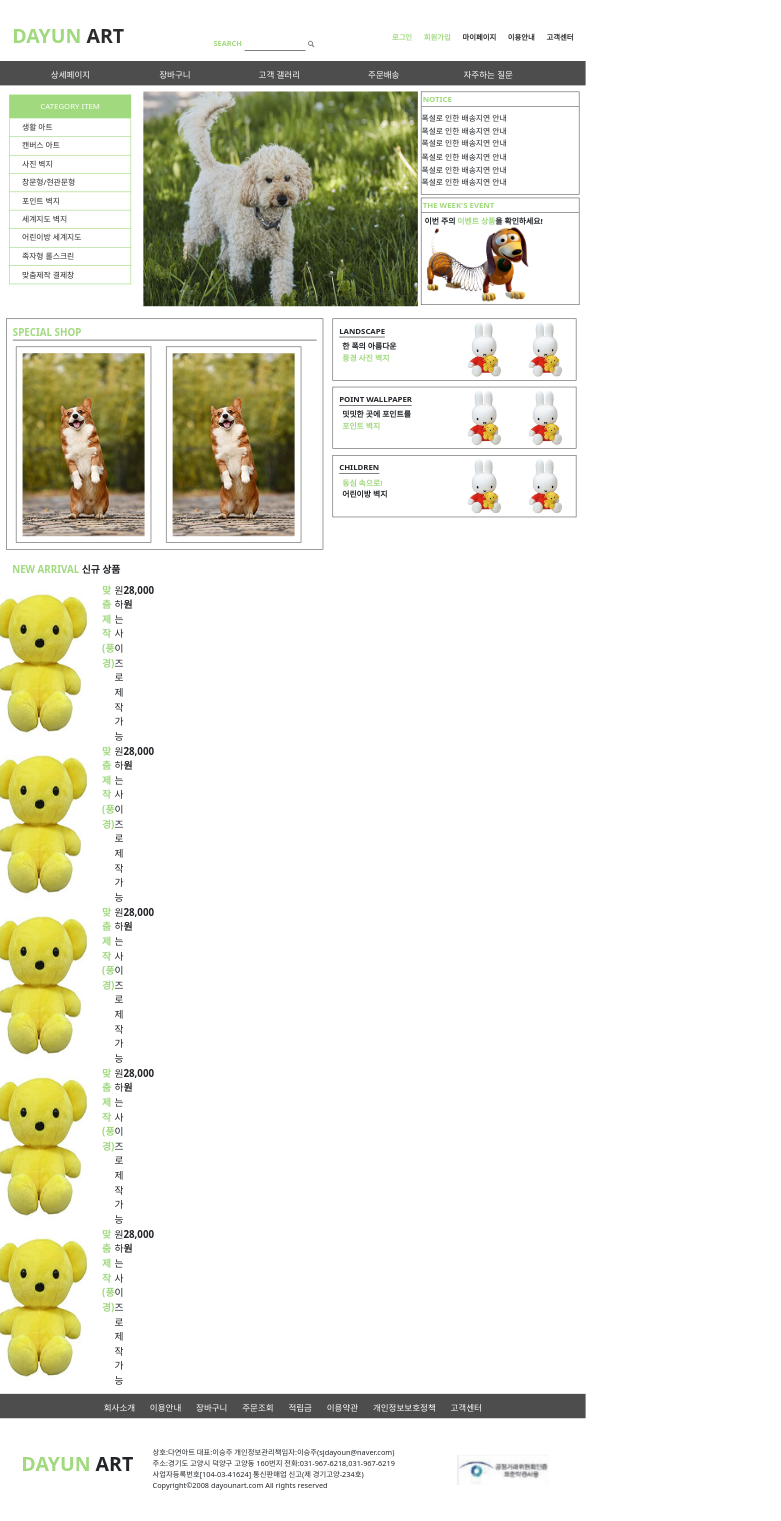
Repository: yeonddu/green_js
Page: pro01/public/bootstrap/hp.html
An editor plug-in stored every save of this project. The page is shown before and after the next save, followed by the edit.
The browser window is 1280 px wide. The pictures show the whole page, at 61% of full size.

Above is the page before, as saved 2022-12-28 08:35:10.

### pro01/public/bootstrap/hp.html
<!DOCTYPE html>
<html lang="ko">
<head>
<meta charset="utf-8">
<meta name="viewport" content="width=device-width, initial-scale=1">
<link rel="stylesheet" href="dayun.css">
<link rel="stylesheet" href="hp.css">
<link href="https://cdn.jsdelivr.net/npm/bootstrap@5.2.3/dist/css/bootstrap.min.css" rel="stylesheet">

<title>Insert title here</title>

</head>
<body>
 <header>
	 <div id="top">
	 	 	<div class="logo"><a href="hp.html"><span class="brand">DAYUN</span> ART</a></div>
			<div id="search">
				<div id="search-title">SEARCH</div>
				<input id="search-input" type="search">
				<a href="#"><img src="images/glass.png"></a>
			</div>
			<div id="top-menu">
				<ul>
					<li><a class="brand" href="#">로그인</a></li>
					<li><a class="brand" href="#">회원가입</a></li>
					<li><a href="#">마이페이지</a></li>
					<li><a href="#">이용안내</a></li>
					<li><a href="#">고객센터</a></li>
				</ul>
			</div>
		 </div>
	 <div id="main-menu">
	 	<ul>
	 		<li><a href="product.html">상세페이지</a></li>
	 		<li><a href="cart.html">장바구니</a></li>
	 		<li><a href="#">고객 갤러리</a></li>
	 		<li><a href="#">주문배송</a></li>
	 		<li><a href="#">자주하는 질문</a></li>
	 	</ul>
	 </div>
</header>
<section>
	<div id="box1">
	<div id="cont-left">
		<div id="cate">
			<div id="cate-title">CATEGORY ITEM</div>
			<ul>
			<li><a href="#">생활 아트</a></li>
			<li><a href="#">캔버스 아트</a></li>
			<li><a href="#">사진 벽지</a></li>
			<li><a href="#">창문형/현관문형</a></li>
			<li><a href="#">포인트 벽지</a></li>
			<li><a href="#">세계지도 벽지</a></li>
			<li><a href="#">어린이방 세계지도</a></li>
			<li><a href="#">족자형 롤스크린</a></li>
			<li><a href="#">맞춤제작 결제창</a></li>
			</ul>
		</div>
	</div>
	<div id="cont-right">
		<div id="main-img"><img src="images/dog.jpg"></div>
		<div id="notice">
			<div id="notice-title" class="brand">NOTICE</div>
			<div id="notice-content">
				<p></p>
				<p>폭설로 인한 배송지연 안내</p>
				<p>폭설로 인한 배송지연 안내</p>
				<p>폭설로 인한 배송지연 안내</p>
				<p>폭설로 인한 배송지연 안내</p>
				<p>폭설로 인한 배송지연 안내</p>
				<p>폭설로 인한 배송지연 안내</p>
			</div>
		</div>
		<div id="event">
			<div id="event-title" class="brand">THE WEEK'S EVENT</div>
			<div id="event-content">
				<div>이번 주의 <span class="brand">이벤트 상품</span>을 확인하세요!</div>
				<img src="images/dog1.png">
			</div>
		</div>
	</div>
	</div>
	<div id="box2-left">
		<div id="special">
			<div id="special-title" class="brand">SPECIAL SHOP</div>
			<div id="special-content">
				<img src="images/spe1.jpg" alt="">
				<img src="images/spe1.jpg" alt="">
			</div>
		</div>
	</div>
	<div id="box2-right">
		<div id="landscape">
			<div class="box2-title">
				<div>LANDSCAPE</div>
				<div>한 폭의 아름다운<br> <span class="brand">풍경 사진 벽지</span></div>
			</div>
			<div class="box2-content">
			<img src="images/po1.jpg" alt="">
			<img src="images/po1.jpg" alt="">
			</div>
		</div>
		<div id="point">
			<div class="box2-title">
				<div>POINT WALLPAPER</div>
				<div>밋밋한 곳에 포인트를<br> <span class="brand">포인트 벽지</span></div>
			</div>
			<div class="box2-content">
			<img src="images/po1.jpg" alt="">
			<img src="images/po1.jpg" alt="">
			</div>
		</div>
		<div id="children">
			<div class="box2-title">
				<div>CHILDREN</div>
				<div><span class="brand">동심 속으로!</span><br>어린이방 벽지</div>
			</div>
			<div class="box2-content">
			<img src="images/po1.jpg" alt="">
			<img src="images/po1.jpg" alt="">
			</div>
		</div>
	</div>
	<div id="box3">
		<div id="new-title"> <span class="brand">NEW ARRIVAL</span> 신규 상품</div>
		<div class="new-content" id="box3-item1">
			<img src="images/new1.jpg">
			<div>맞춤제작(풍경)</div>
			<div>원하는 사이즈로 제작가능</div>
			<div>28,000원</div>
		</div>
		<div class="new-content" id="box3-item1">
			<img src="images/new1.jpg">
			<div>맞춤제작(풍경)</div>
			<div>원하는 사이즈로 제작가능</div>
			<div>28,000원</div>
		</div>
		<div class="new-content" id="box3-item1">
			<img src="images/new1.jpg">
			<div>맞춤제작(풍경)</div>
			<div>원하는 사이즈로 제작가능</div>
			<div>28,000원</div>
		</div>
		<div class="new-content" id="box3-item1">
			<img src="images/new1.jpg">
			<div>맞춤제작(풍경)</div>
			<div>원하는 사이즈로 제작가능</div>
			<div>28,000원</div>
		</div>
		<div class="new-content" id="box3-item1">
			<img src="images/new1.jpg">
			<div>맞춤제작(풍경)</div>
			<div>원하는 사이즈로 제작가능</div>
			<div>28,000원</div>
		</div>
	</div>
		<div id="bottom-menu">
	 	<ul>
	 		<li><a href="#">회사소개</a></li>
	 		<li><a href="#">이용안내</a></li>
	 		<li><a href="cart.html">장바구니</a></li>
	 		<li><a href="#">주문조회</a></li>
	 		<li><a href="#">적립금</a></li>
	 		<li><a href="#">이용약관</a></li>
	 		<li><a href="#">개인정보보호정책</a></li>
	 		<li><a href="#">고객센터</a></li>
	 	</ul>
	 </div>
</section>
<footer>
	<div class="logo"><span class="brand">DAYUN</span> ART</div>
	<div id="item2">상호:다연아트 대표:이승주 개인정보관리책임자:이승주(sjdayoun@naver.com)<br>
		주소:경기도 고양시 덕양구 고양동 160번지 전화:031-967-6218,031-967-6219<br>
		사업자등록번호[104-03-41624] 통신판매업 신고(제 경기고양-234호)<br>
		Copyright©2008 dayounart.com All rights reserved
	</div>
	<img src="images/certi.png" alt="공정거래위원회인증표준약관사용">
</footer>
</body>
</html>

### pro01/public/bootstrap/dayun.css
@charset "EUC-KR";

* {
	margin:0;
	padding:0;
}

body {
	background:#F0F0F0;
	width:960px;
}
.brand {
	color:#A0D97E;
	font-weight:bold;
}

header a {
	text-decoration:none;
	color:#2B2B2B;
}
header #top {
	height:100px;
	position:relative;
}
header .logo {
	font-size:2em;
	position:relative;
	top:35px;
	left:20px;
	font-weight:bold;
}

header #search {
	position:relative;
	top:10px;
	left:350px;
	display:block;
	float:left;
	color:#A0D97E;
}

header #search-title {
	display:inline-block;
	font-size:12px;
	font-weight:bold;
}

header #search-input {
	border:none;
	border-bottom:1px solid #2B2B2B;
	background:none;
	width:100px;
}

header #top-menu {
	position:relative;
	float:right;
	margin: 0 10px;
}
header #top-menu ul li{
	display:inline-block;
	font-size:12px;
	margin-right:5px;
	padding:5px;
	font-weight:bold;
}

header #main-menu {
	height:40px;
	background:#4D4D4D;
	justify-content:center;
}

header #main-menu ul li {
	list-style:none;
	display:inline-block;
	width:18%;
	padding:10px;
	text-align:center;

}
header #main-menu a {
	color:white;
	font-size:14px;
}

section #bottom-menu {
	position:relative;
	clear:both;
	height:40px;
	background:#4D4D4D;

}

#bottom-menu ul {
	padding:10px;
	text-align:center;
}

section #bottom-menu ul li {
	display:inline-block;
	list-style:none;

}
section #bottom-menu a {
	color:white;
	text-decoration:none;
	font-size:14px;
	padding:10px;
}

footer .logo {
	font-size:2em;
	position:relative;
	top:50px;
	left:35px;
	font-weight:bold;
}

footer #item2 {
	position:relative;
	top:0px;
	left:250px;
	font-size:12px;
}

footer img {
	position:relative;
	left:750px;
	top:-60px;
	width:150px;
}

### pro01/public/bootstrap/hp.css
@charset "EUC-KR";
section #cont-left {
	float:left;
	margin:10px;
	padding:5px;
}

section #cate #cate-title {
	background:#A0D97E;
	color:white;
	width:200px;
	margin:0;
	padding:10px 5px;
}

section #cate-title {
	text-align:center;
	font-size:0.8em;
}

section #cate ul {
	padding:0;
}
section #cate li {
	border :1px solid #A0D97E;
	border-top:none;
	list-style:none;
	width:200px;
	padding:5px 5px 5px 20px;
	font-size:0.8em;
}

section #cate a {
	text-decoration:none;
	color:#2B2B2B;
}

section #cont-right {
	float:left;
	margin: 5px 0;
	padding:5px;
	width:730px;
}

#main-img img {
	width:450px;
	float:left;
}

#notice {
	float:left;
	margin:0 5px;
	width:260px;
	border:1px solid rgb(94,94,94);
	font-size:0.8em;
}

#notice-title, #event-title {
	border-bottom:1px solid rgb(94,94,94);
	padding:2px;
}

#notice #notice-content {
	line-height:0.4;
}

#event {
	float:left;
	margin : 5px 0 0 5px;
	width:260px;
	border:1px solid rgb(94, 94, 94);
	font-size:0.8em;
}

#event #event-content {
	font-weight:bold;
	padding:5px;
}

#event #event-content img {
	width:170px;
}

#special {
	float:left;
	border:1px solid rgb(94, 94, 94);
	padding:5px;
	margin:10px;
	width:520px;
}


#special-title {
	border-bottom: 1px solid #2B2B2B;
	margin:5px;
}

#special-content img {
	border:1px solid rgb(94, 94, 94);
	padding:10px;
	margin:5px 10px;
}


#landscape, #point, #children {
	float:left;
	width:400px;
	border:1px solid rgb(94, 94, 94);
	margin-top:10px;
	margin-left:5px;
}

.box2-title {
	float:left;
	font-size:0.8em;
	font-weight:bold;
	width:140px;
	margin:10px;
}

.box2-title div:first-child{
	float:left;
	border-bottom: 1px solid #2B2B2B;
}

.box2-title div:nth-child(2) {
	clear:both;
	padding:5px;
}
.box2-content img {
	float:right;
	width:100px;
	padding:5px;
}

#box3 {
	clear:both;
	margin:10px;
}

#box3 #new-title {
	padding:10px;
	font-weight:bold;
}

.new-content {
	display: flex;
	justify-content:center;
	width:200px;
}

#box3 .new-content div:nth-child(2) {
	color:#A0D97E;
	font-weight:bold;
}
#box3 .new-content div:nth-child(4) {
	font-weight:bold;
}

After the next save:
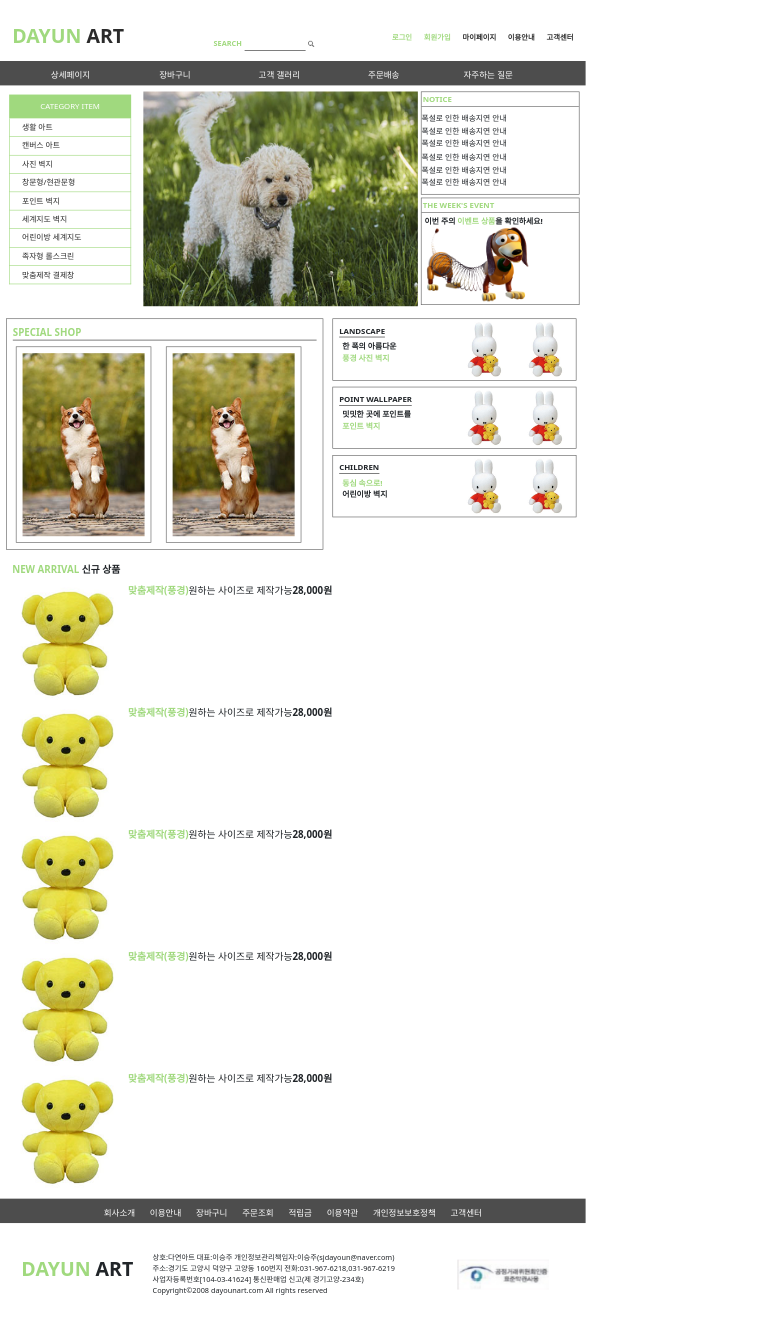
Saved 4 s later.
--- a/pro01/public/bootstrap/hp.css
+++ b/pro01/public/bootstrap/hp.css
@@ -145,8 +145,7 @@
 
 .new-content {
 	display: flex;
-	justify-content:center;
-	width:200px;
+	justify-content:
 }
 
 #box3 .new-content div:nth-child(2) {
